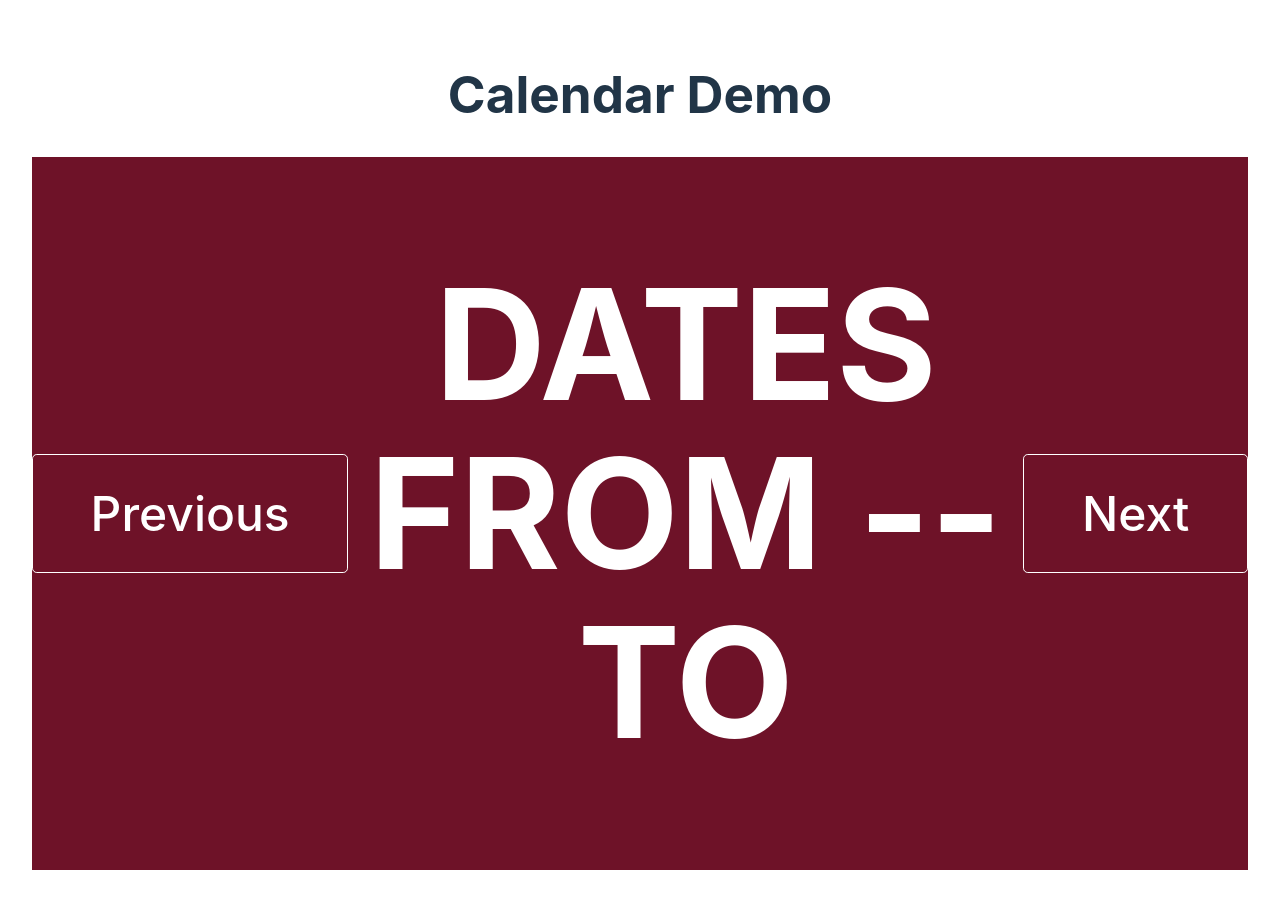
Repository: Maryie-B/weekly-calendar-scheduler
Page: /
These files come from the project's save history. The page is drawn as it stood at one moment and after the next save; the edit follows.
The browser window is 1280 px wide. The pictures show the whole page.
The project was rebuilt for these pictures with package versions that can differ from the ones it lists, and the page was loaded fresh each time. Also part of the build but not shown: vite.config.js.

Above is the page before, as saved 2024-03-26 11:25:43.

After the next save:
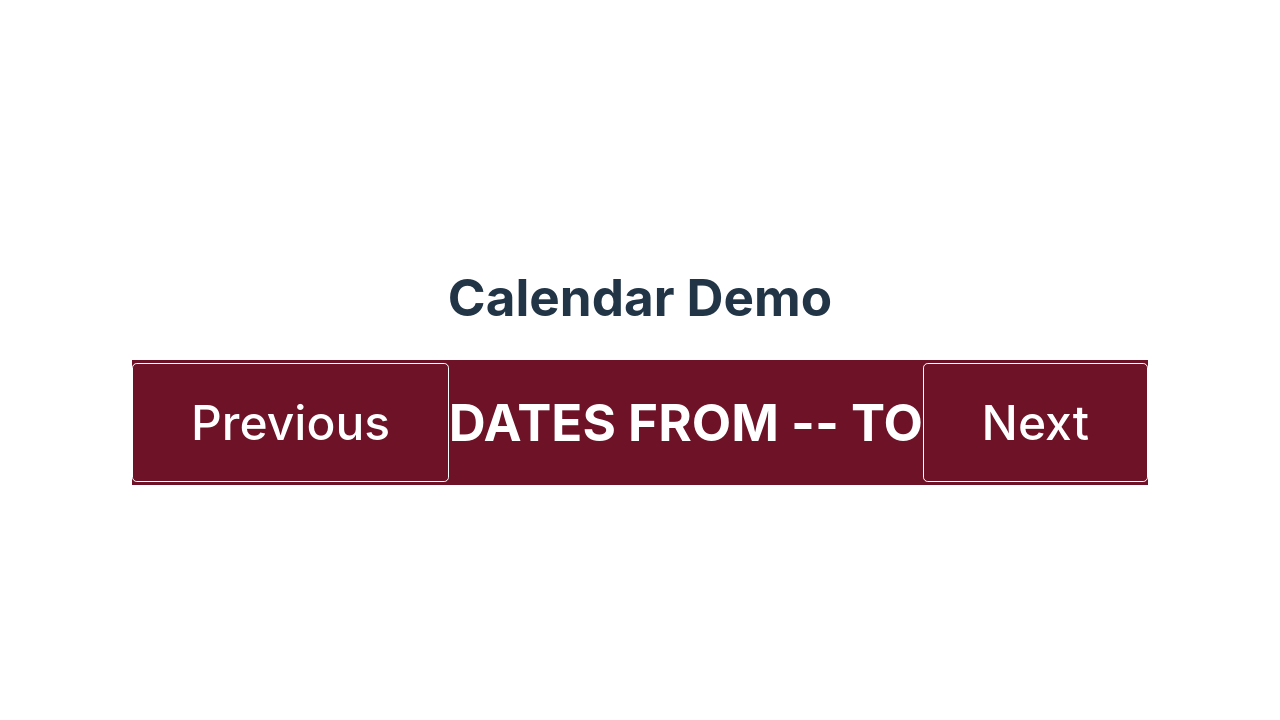
Saved 50 s later.
--- a/src/App.css
+++ b/src/App.css
@@ -11,7 +11,7 @@
   align-items: center;
   background-color: rgb(110, 18, 40);
   color: white;
-  font-size: 3rem;
+  /* font-size: 3rem; */
 }
 
 
